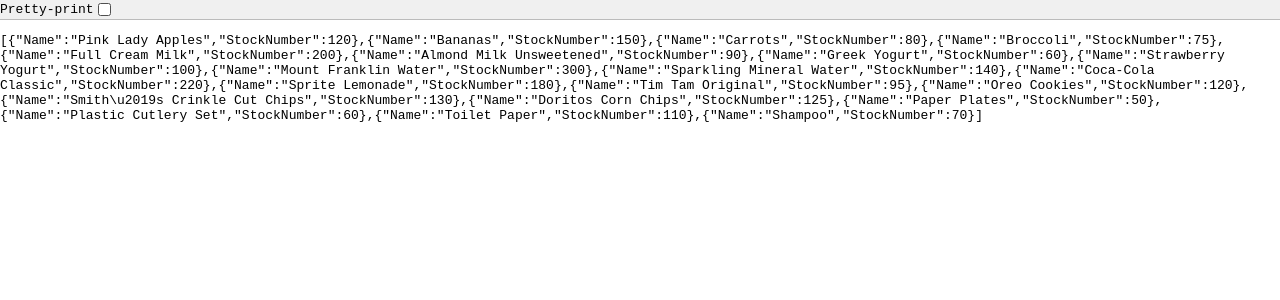
Repository: hxycindyhxy/TastyGrocery
Page: http://localhost/validation.php
The author's editor kept a record of every edit. The page is drawn from the files as they stood at one moment, then again after the next edit.
The browser window is 1280 px wide. The pictures show the whole page.
The page is run by PHP 8.4 with error messages shown; the project is at /var/www/html/. The database holds what the project's SQL file puts in it.

Above is the page before.

### validation.php
<?php
$mysqli = new mysqli("awseb-e-wrrrmaqvyv-stack-awsebrdsdatabase-gnigfqsjbf4p.csdsovegklw9.us-east-1.rds.amazonaws.com", "uts", "1234554321", "uts");
if ($mysqli->connect_error) {
    exit('Could not connect');
};

$sql = "SELECT ItemName, StockNumber FROM Item";

$stmt = $mysqli->prepare($sql);

$stmt->execute();
$stmt->store_result();
$stmt->bind_result($name, $stockNumber);

$data = [];

while ($stmt->fetch()) {
    $data[] = [
        "Name" => $name,
        "StockNumber" => $stockNumber
    ];
};

header('Content-Type: application/json');
echo json_encode($data);

$stmt->close();
$mysqli->close();
?>

### TastyGrocery.sql (the tables this page reads)
CREATE TABLE Item (
    ItemID INT PRIMARY KEY,
    SubTypeID INT,
    ItemName VARCHAR(100),
    Unit VARCHAR(100),
    UnitPrice DECIMAL(10,2),
    StockNumber INT,
    FOREIGN KEY (SubTypeID) REFERENCES ItemSubType(SubTypeID)
);

INSERT INTO Item VALUES (1001, 001, 'Pink Lady Apples', '1kg bag', 4.50, 120);

INSERT INTO Item VALUES (1002, 001, 'Bananas', 'per kg', 3.20, 150);

INSERT INTO Item VALUES (1003, 002, 'Carrots', '1kg bag', 2.00, 80);

INSERT INTO Item VALUES (1004, 002, 'Broccoli', 'each', 2.50, 75);

INSERT INTO Item VALUES (1005, 003, 'Full Cream Milk', '2L bottle', 3.10, 200);

INSERT INTO Item VALUES (1006, 003, 'Almond Milk Unsweetened', '1L carton', 2.80, 90);

INSERT INTO Item VALUES (1007, 004, 'Greek Yogurt', '1kg tub', 5.00, 60);

INSERT INTO Item VALUES (1008, 004, 'Strawberry Yogurt', '150g cup', 1.50, 100);

INSERT INTO Item VALUES (1009, 005, 'Mount Franklin Water', '600ml bottle', 1.00, 300);

INSERT INTO Item VALUES (1010, 005, 'Sparkling Mineral Water', '1.25L bottle', 1.50, 140);

INSERT INTO Item VALUES (1011, 006, 'Coca-Cola Classic', '1.25L bottle', 2.25, 220);

INSERT INTO Item VALUES (1012, 006, 'Sprite Lemonade', '1.25L bottle', 2.25, 180);

INSERT INTO Item VALUES (1013, 007, 'Tim Tam Original', '200g pack', 3.60, 95);

INSERT INTO Item VALUES (1014, 007, 'Oreo Cookies', '133g pack', 2.00, 120);

INSERT INTO Item VALUES (1015, 008, 'Smith’s Crinkle Cut Chips', '170g pack', 3.00, 130);

INSERT INTO Item VALUES (1016, 008, 'Doritos Corn Chips', '150g pack', 3.00, 125);

INSERT INTO Item VALUES (1017, 009, 'Paper Plates', '20 pack', 3.50, 50);

INSERT INTO Item VALUES (1018, 009, 'Plastic Cutlery Set', '24 pack', 2.75, 60);

INSERT INTO Item VALUES (1019, 010, 'Toilet Paper', '12 rolls', 6.00, 110);

INSERT INTO Item VALUES (1020, 010, 'Shampoo', '400ml bottle', 4.80, 70);

After the next edit:
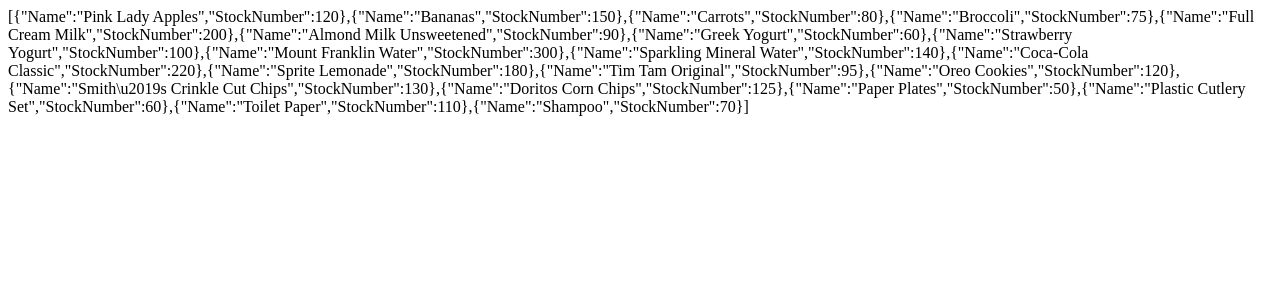
The edit:
--- a/validation.php
+++ b/validation.php
@@ -21,7 +21,7 @@
     ];
 };
 
-header('Content-Type: application/json');
+
 echo json_encode($data);
 
 $stmt->close();
